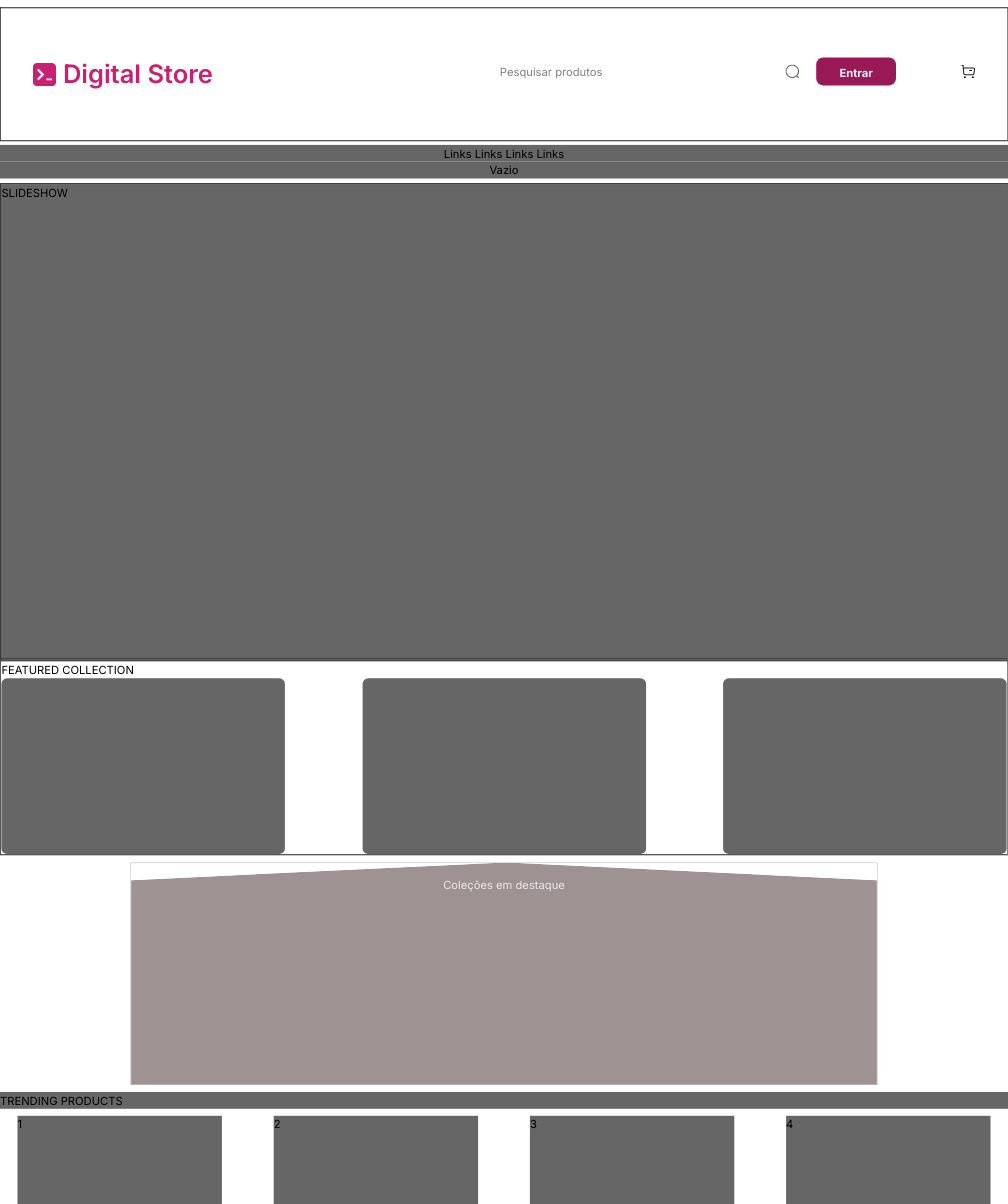
Repository: theophiloweb/landpage_disgital_store
Page: index.html
These files come from the project's save history. The page is drawn as it stood at one moment and after the next save; the edit follows.
The browser window is 1280 px wide. The page is 1440 px wide, so the pictures cover 1440 px, including what lies to the right of the window. The pictures show the part of the page from y = 0 to 1720 px (the page is 3178 px tall), at 70% of full size.

Above is the page before, as saved 2025-04-24 11:00:39.

### index.html
<!DOCTYPE html>
<html lang="en">

<head>
    <meta charset="UTF-8">
    <meta name="viewport" content="width=device-width, initial-scale=1.0">
    <title>Document</title>
    <script src="https://cdn.jsdelivr.net/npm/@tailwindcss/browser@4"></script>
    <link rel="stylesheet" href="style.css">
    <link rel="shortcut icon" href="./images/logo.svg" type="image/x-icon">
</head>

<body>

    <!-- Container principal  -->
    <div class="container">

        <header>

            <div class="logotipo">

                <div class="logotipo_img">
                    <img src="./images/logo.svg" alt="Logo" />
                </div>
                <div class="logotipo_text">
                    <p>Digital Store</p>
                </div>


            </div>

            <div class="search_bar">

                <div class="search_bar_input">
                    <div class="search-wrapper">
                        <input type="text" placeholder="Pesquisar produtos" class="input_search" />
                        <img src="./images/search.svg" alt="Ícone de busca" class="search-icon" />
                    </div>
                    <button type="button" class="button_login">Entrar</button>
                    <img src="./images/buy0.svg" alt="buy" class="buy_icon" />
                </div>
            </div>

        </header>

        <nav>
            <ul class="nav_links">
                <li>Links</li>
                <li>Links</li>
                <li>Links</li>
                <li>Links</li>
            </ul>

            <p class="nav_empty">Vazio</p>
        </nav>

        <main>

            <aside>

                <section class="slideshow">
                    <p>SLIDESHOW</p>
                </section>

                <section class="featured_collection">
                    <p>FEATURED COLLECTION</p>
                    <div class="img_featured_collection">
                        <div class="img_featured_collection_img1"></div>
                        <div class="img_featured_collection_img2"></div>
                        <div class="img_featured_collection_img3"></div>
                    </div>
                </section>

                <section class="featured_collection_2">

                    <div class="featured_collection_2_box1">
                        <div class="featured_collection_2_box2">
                            <p>Coleções em destaque</p>
                        </div>
                    </div>


                </section>

                <section class="trending_products">
                    <p>TRENDING PRODUCTS</p>
                    <div class="boxs_trending_products">
                        <div class="box1">1</div>
                        <div class="box2">2</div>
                        <div class="box3">3</div>
                        <div class="box4">4</div>
                        <div class="box5">5</div>
                        <div class="box6">6</div>
                        <div class="box7">7</div>
                        <div class="box8">8</div>
                    </div>
                </section>

                <section class="special_offer">

                    <div class="special_offer_grp_img">
                        <div class="elipse_special_offer">E</div>
                    </div>

                    <div class="special_offer_text">
                        <p>Oferta especial</p>
                        <h2>Air Jordan edição de colecionador</h2>
                        <p>Lorem ipsum dolor sit amet, consectetur adipiscing elit, sed do eiusmod tempor incididunt ut
                            labore et dolore magna aliqua. Ut enim ad minim veniam, quis nostrud exercitation ullamco
                            laboris nisi ut aliquip</p>

                    </div>

                </section>

            </aside>
        </main>
    </div>
    <footer class="footer">

        <div class="logo_footer">Logo Footer</div>

        <div class="links_utils">
            <div class="information">Information</div>
            <div class="categories">Categories</div>
            <div class="contact">Contact</div>
        </div>

    </footer>
</body>

</html>

### style.css
@import url("https://fonts.googleapis.com/css2?family=Inter:ital,opsz,wght@0,14..32,100..900;1,14..32,100..900&family=Oswald:wght@200..700&family=Roboto:ital,wght@0,100..900;1,100..900&display=swap");

:root {
  --color-dark: #1f1f1f;
  --dark-gray-1: #474747;
  --dark-gray-2: #666666;
  --light-gray-1: #8f8f8f;
  --light-gray-2: #cccccc;
  --light-gray-3: #f5f5f5;
  --white: #ffffff;
  --primary: #c92071;
  --secundary: #b5b6f2;
  --tTertiary: #991956;
  --error: #ee4266;
  --success: #52ca76;
  --warning: #f6aa1c;
  --primary-g: linear-gradient(top, #c92071 0%, #edabca 100%);
  --secondary-g: linear-gradient(top, #b5b6f2 0%, #efefff 100%);
  --offset: 40px;
}

* {
  margin: 0;
  padding: 0;
  box-sizing: border-box;
  font-family: "Inter", sans-serif;
}

body {
  width: 100%;
  height: auto;
  display: grid;
  place-items: center;
  grid-template-columns: auto;
  grid-template-rows: auto;
}

.container {
  margin-top: 10px;
  display: grid;
  grid-template-rows: 1fr;
  place-items: center;
  max-width: 1440px;
  gap: 5px;
}

/* Header */
header {
  display: flex;
  gap: 10px;
  justify-content: center;
  border: 2px groove var(--color-dark);
  width: 1440px;
  height: 192px;

}

.logotipo {
  display: flex;
  gap: 10px;
  justify-content: space-around;
  align-items: center;

}

.logotipo_img {
  width: 33px;
  height: 33px;
}

.logotipo_text {
  font-size: 36.4px;
  font-family: "Inter";
  font-weight: 600;
  color: rgba(201, 32, 113, 1);
}

.search_bar_input {
  margin-top: 60px;
  margin-left: 400px;
  display: flex;
  gap: 24px;
  justify-content: space-around;
  align-items: center;
}

.search-wrapper {
  display: flex;
  align-items: center;
  gap: 0.5rem;

}

.input_search {
  background: var(--white);
  border-radius: 8px;
  opacity: 9;
  width: 400px;
  height: 60px;
}

.search_icon {
  position: absolute;

  color: var(--dark-gray-2);
  left: -50px;
}

.button_login {
  width: 114px;
  height: 40px;
  color: var(--light-gray-3, #f5f5f5);
  text-align: center;
  font-family: "Inter", sans-serif;
  font-size: 16px;
  font-weight: 700;
  background-color: var(--tTertiary);
  padding: 10px;
  border-radius: 10px;
}

.buy_icon {
  margin-left: 69px;
}

/* Section Central Nav */
nav {
  width: 1440px;
  height: 50px;
  text-align: center;
}

.nav_links {
  list-style: none;

}

.nav_links li {
  display: inline-block;
}

.nav_links {
  background-color: var(--dark-gray-2);
}

.nav_empty {
  background-color: var(--dark-gray-2);
}

/* Section Central Slideshow */
.slideshow {
  border: 2px groove var(--color-dark);
  width: 1440px;
  height: 681px;
  background-color: var(--dark-gray-2);
}

/* Section Central featured_collection - Image */
.featured_collection {
  border: 2px groove var(--color-dark);
  max-width: 1440px;
}

.img_featured_collection {
  display: flex;

  justify-content: space-between;
}

.img_featured_collection_img1 {
  width: 405px;
  height: 251px;
  border-radius: 8px;
  background-color: var(--dark-gray-2);
}

.img_featured_collection_img2 {
  width: 405px;
  height: 251px;
  border-radius: 8px;
  background-color: var(--dark-gray-2);
}

.img_featured_collection_img3 {
  width: 405px;
  height: 251px;
  border-radius: 8px;
  background-color: var(--dark-gray-2);
}

/* Section Central featured_collection 2 */
.featured_collection_2 {
  display: flex;
  justify-content: center;
  max-width: 1440px;
  margin-top: 10px;
}

.featured_collection_2_box1 {
  width: 1067.5px;
  height: 317.5px;
  position: relative;
  display: flex;
  justify-content: center;
  align-items: center;
  box-sizing: border-box;
  border: 1px solid #ccc;
  margin: 92.5px 0 156px 0 216.5px;
}

.featured_collection_2_box2 {
  width: 1067.5px;
  height: 317.5px;
  border: none;
  border-radius: 0;
  position: relative;
  overflow: hidden;
  background: none;
  -webkit-clip-path: polygon(0% 8%, 50% 0%, 100% 8%, 100% 100%, 0% 100%);
  clip-path: polygon(0% 8%, 50% 0%, 100% 8%, 100% 100%, 0% 100%);
  box-sizing: border-box;
}

.featured_collection_2_box2::before {
  content: "";
  position: absolute;
  top: 0;
  left: 0;
  width: 100%;
  height: 100%;
  background-color: rgb(159, 146, 146);
  -webkit-clip-path: polygon(0% 8%, 50% 0%, 100% 8%, 100% 100%, 0% 100%);
  clip-path: polygon(0% 8%, 50% 0%, 100% 8%, 100% 100%, 0% 100%);
  z-index: 1;
}

.featured_collection_2_box2::after {
  content: "";
  position: absolute;
  top: 2px;
  left: 2px;
  width: calc(100% - 4px);
  height: calc(100% - 4px);
  background-color: transparent;
  -webkit-clip-path: polygon(0% 8%, 50% 0%, 100% 8%, 100% 100%, 0% 100%);
  clip-path: polygon(0% 8%, 50% 0%, 100% 8%, 100% 100%, 0% 100%);
  z-index: 2;
}

.featured_collection_2_box2 p {
  position: relative;
  z-index: 3;
  color: rgb(236, 230, 230);
  padding: 20px;
  text-align: center;
}

/* trending_products */

.trending_products {
  margin-top: 10px;
  display: flex;
  flex-direction: column;
}

.trending_products p {
  background-color: var(--dark-gray-2);
}

.boxs_trending_products {
  margin-top: 10px;
  display: grid;
  grid-template-columns: repeat(4, 1fr);
  grid-template-rows: repeat(2, 1fr);
  gap: 24px;
  justify-items: center;
  align-items: stretch;
}

.boxs_trending_products .box1 {
  background-color: var(--dark-gray-2);
  width: 292px;
  height: 321px;
}

.boxs_trending_products .box2 {
  background-color: var(--dark-gray-2);
  width: 292px;
  height: 321px;
}

.boxs_trending_products .box3 {
  background-color: var(--dark-gray-2);
  width: 292px;
  height: 321px;
}

.boxs_trending_products .box4 {
  background-color: var(--dark-gray-2);
  width: 292px;
  height: 321px;
}

.boxs_trending_products .box5 {
  background-color: var(--dark-gray-2);
  width: 292px;
  height: 321px;
}

.boxs_trending_products .box6 {
  background-color: var(--dark-gray-2);
  width: 292px;
  height: 321px;
}

.boxs_trending_products .box7 {
  background-color: var(--dark-gray-2);
  width: 292px;
  height: 321px;
}

.boxs_trending_products .box8 {
  background-color: var(--dark-gray-2);
  width: 292px;
  height: 321px;
}

/* Section Central special_offer */

.special_offer {
  display: flex;
  gap: 99px;
  justify-content: space-around;
  max-width: 1440px;
  margin-top: 10px;
  background-color: var(--light-gray-2);
  height: 553px;
  flex-shrink: 0;
}

.special_offer_grp_img {
  width: 573px;
  height: 330px;
  /*background: url(./images/Laye\ 1.svg) var(--white) 100% / cover no-repeat; */
  background-color: var(--light-gray-2);
  margin: 32px 0 191px 20px;
}

.elipse_special_offer {
  width: 466px;
  height: 466px;
  flex-shrink: 0;
  border-radius: 466px;
  border: 1px solid #000;
  background: linear-gradient(180deg,
      rgba(66, 0, 255, 0.25) -40.67%,
      rgba(255, 255, 255, 0) 100%);
}

.special_offer_text {
  width: 573px;
  height: 330px;
  background-color: var(--light-gray-2);
  margin-top: 32px;
  margin-right: 159px;
}

.special_offer_text p {
  color: var(--primary, #c92071);
  font-feature-settings: "liga" off, "clig" off;
  font-family: Inter;
  font-size: 14px;
  font-style: normal;
  font-weight: 700;
  line-height: 22px;
  /* 157.143% */
  letter-spacing: 0.75px;
}

.special_offer_text h2 {
  color: var(--dark-gray-2, #474747);
  font-feature-settings: "liga" off, "clig" off;
  font-family: Inter;
  font-size: 48px;
  font-style: normal;
  font-weight: 700;
  line-height: 50px;
  /* 104.167% */
  letter-spacing: 1px;
}

.special_offer_text:last-child p {
  color: var(--dark-gray-2, #474747);
  font-feature-settings: "liga" off, "clig" off;
  font-family: Inter;
  font-size: 16px;
  font-style: normal;
  font-weight: 400;
  line-height: 28px;
  /* 175% */
  letter-spacing: 0.75px;
}

/* Footer */

footer {
  display: flex;
  gap: 205px;
  justify-content: center;
  justify-content: space-around;
  background-color: var(--dark-gray-2);
  width: 1440px;
  height: 454px;
  flex-shrink: 0;
  margin-top: -99px;
}

.logo_footer {
  width: 307px;
  height: 300px;
  background-color: var(--white);
  margin-top: 72px;
}

.links_utils {
  display: flex;
  gap: 10px;
  margin-top: 72px;
}

.information {
  width: 250px;
  height: 300px;
  background-color: var(--white);
}

.categories {
  width: 250px;
  height: 300px;
  background-color: var(--white);
}

.contact {
  width: 250px;
  height: 300px;
  background-color: var(--white);
}

After the next save:
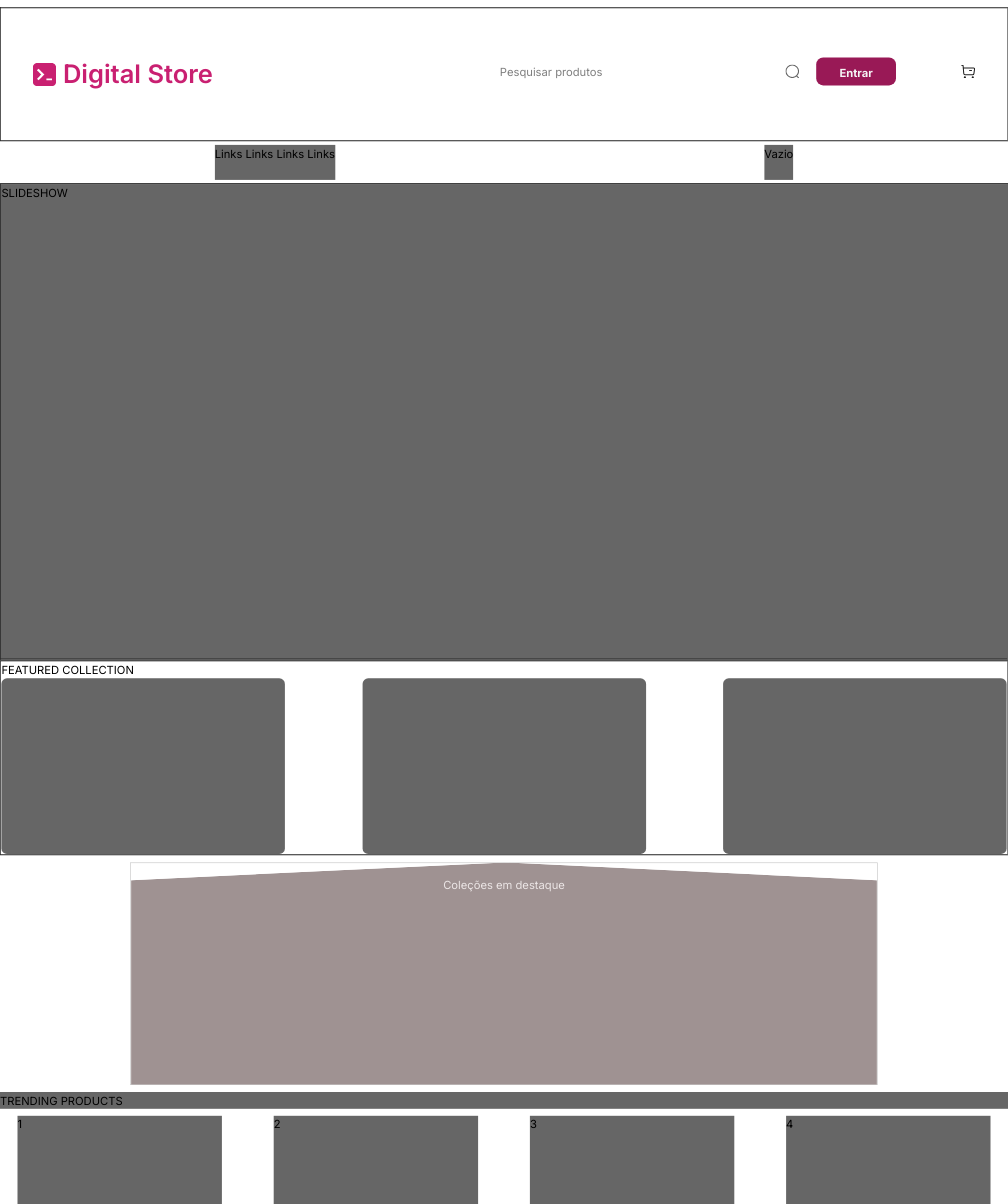
Saved 74 s later.
--- a/style.css
+++ b/style.css
@@ -125,9 +125,10 @@ header {
 
 /* Section Central Nav */
 nav {
+  display: flex;
   width: 1440px;
   height: 50px;
-  text-align: center;
+  justify-content: space-around;
 }
 
 .nav_links {
